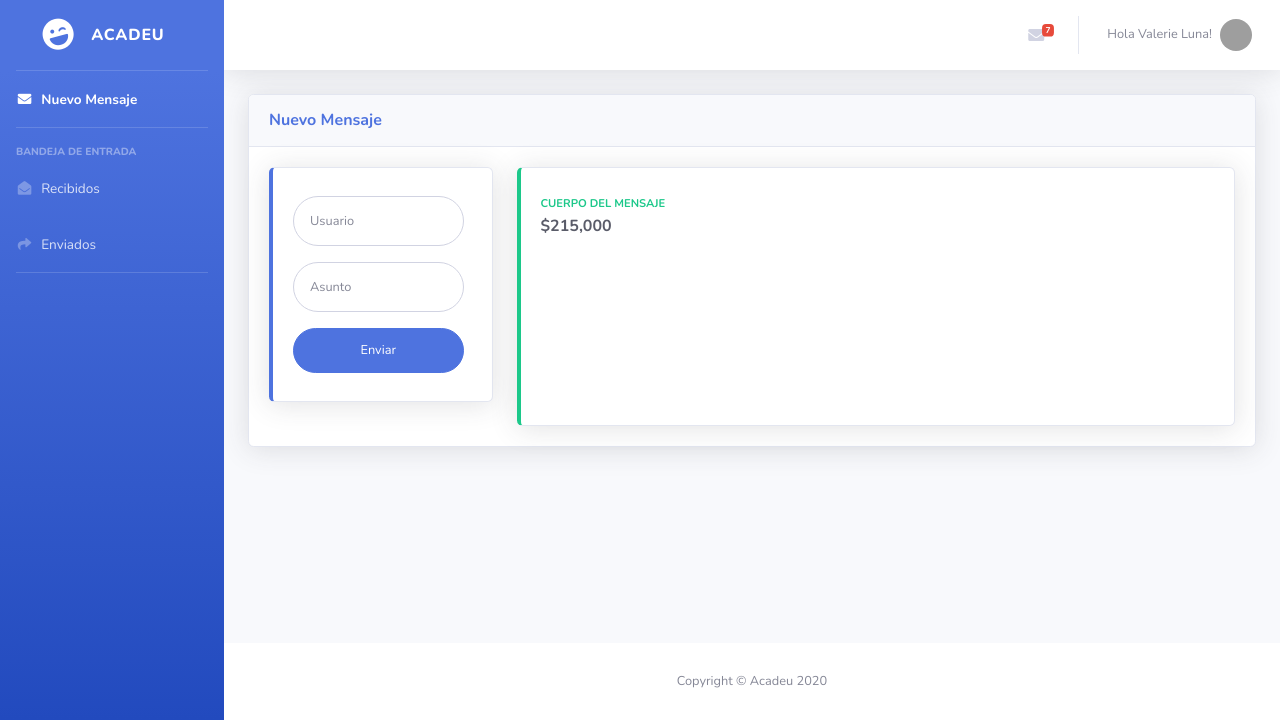
Repository: nicolask92/spring_java_test
Page: http://localhost/nuevo-mensaje
The author's editor kept a copy of each file at every save. The page is drawn from the files as they stood at one save, then again after the next save.
The browser window is 1280 px wide. The pictures show the whole page.
Pictures or frames that could not be fetched are drawn as grey boxes. The page is this project's Thymeleaf template; nobody is signed in. The template is opened directly, without the code that normally fills it, so the values that code supplies are empty.

Above is the page before, as saved 2020-06-13 21:48:01.

After the next save:
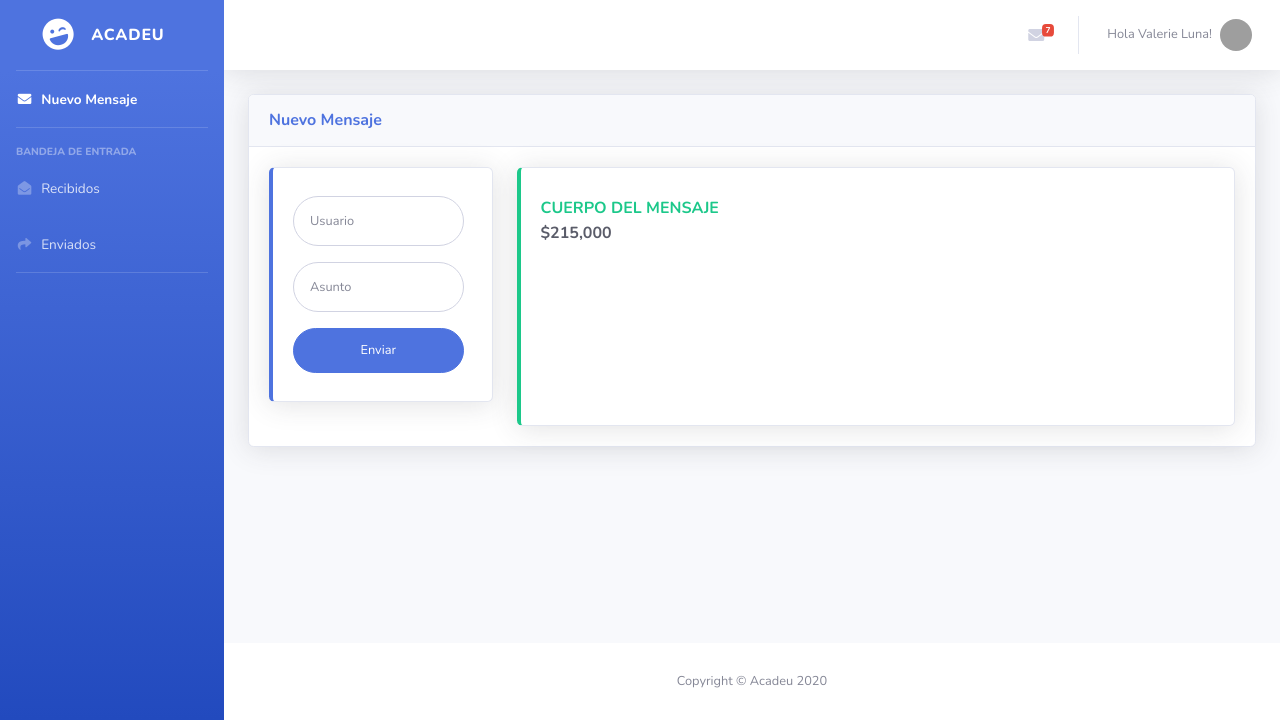
Saved 12 s later.
--- a/spring-tutorial/src/main/resources/templates/nuevo-mensaje.html
+++ b/spring-tutorial/src/main/resources/templates/nuevo-mensaje.html
@@ -235,7 +235,7 @@
 					                <div class="card-body">
 					                  <div class="row no-gutters align-items-center">
 					                    <div class="col mr-2">
-					                      <div class="text-xs font-weight-bold text-success text-uppercase mb-1">Cuerpo del Mensaje</div>
+					                      <div class="text-s font-weight-bold text-success text-uppercase mb-1">Cuerpo del Mensaje</div>
 					                      <div class="h6 mb-0 font-weight-bold text-gray-800">$215,000</div>
 										</div>
 										</form>
